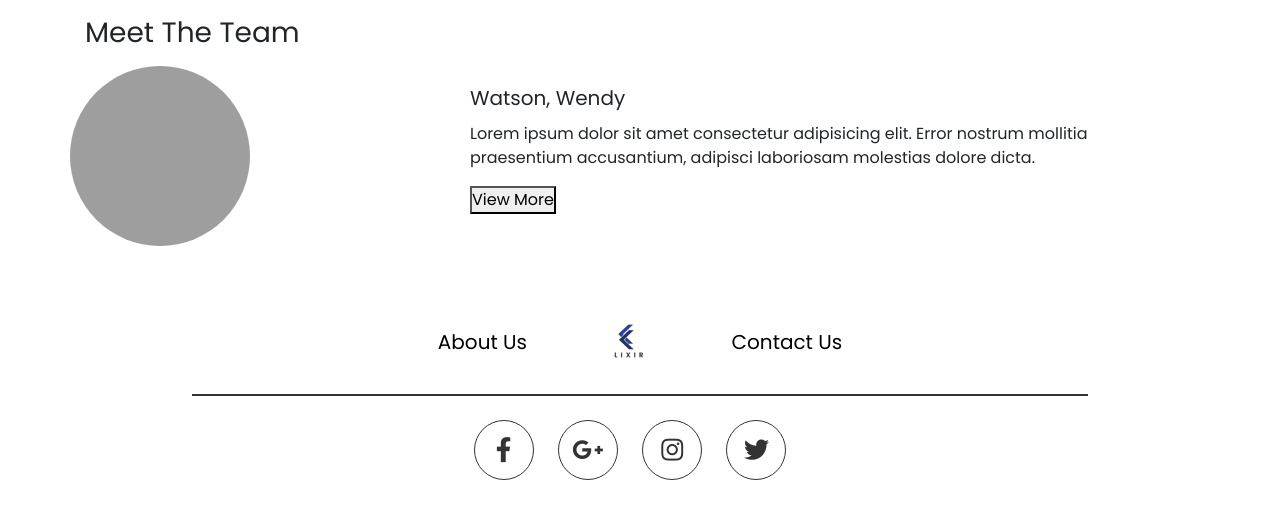
Repository: phiiileo/lit-page
Page: team-page.html
The author's editor kept a copy of each file at every save. The page is drawn from the files as they stood at one save, then again after a run of saves.
The browser window is 1280 px wide. The pictures show the whole page.
Pictures or frames that could not be fetched are drawn as grey boxes. Some web libraries are served in a nearby version.

Above is the page before, as saved 2019-12-04 21:06:14.

After the next 9 saves:
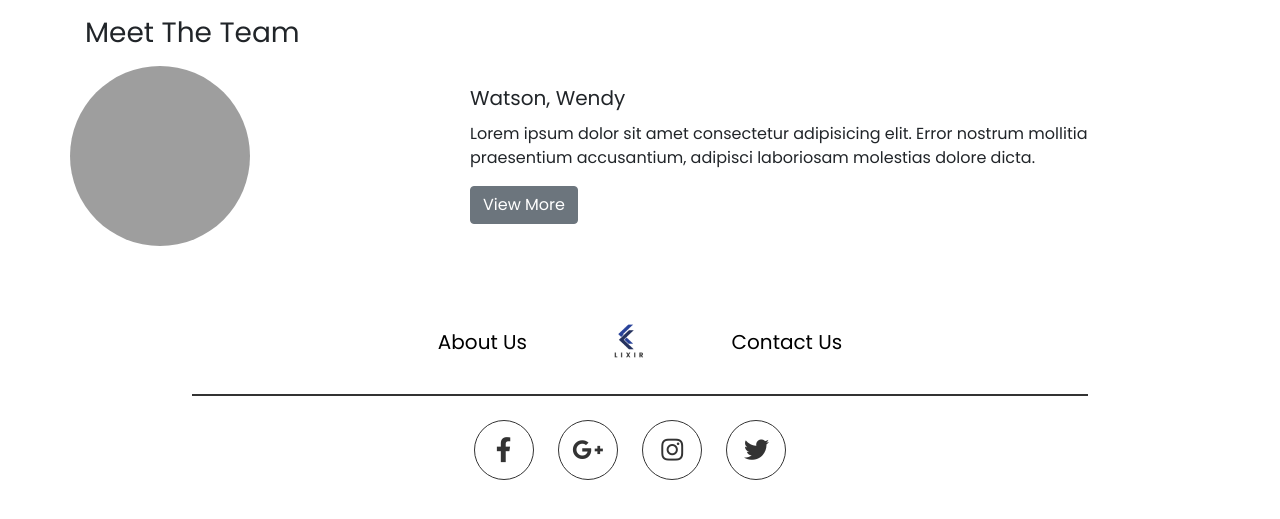
The 9 saves are shown as one change because they came seconds apart.
The last was saved 23 s later.
--- a/team-page.html
+++ b/team-page.html
@@ -35,7 +35,7 @@
                     <div class="card-body">
                         <h5 class="card-title">Watson, Wendy</h5>
                         <p class="card-text">Lorem ipsum dolor sit amet consectetur adipisicing elit. Error nostrum mollitia praesentium accusantium, adipisci laboriosam molestias dolore dicta.</p>
-                        <p class="card-text"><button id="viewMoreButton">View More</button></p>
+                        <p class="card-text"><button class="btn btn-secondary" id="viewMoreButton">View More</button></p>
                     </div>
                 </div>
             </div>
